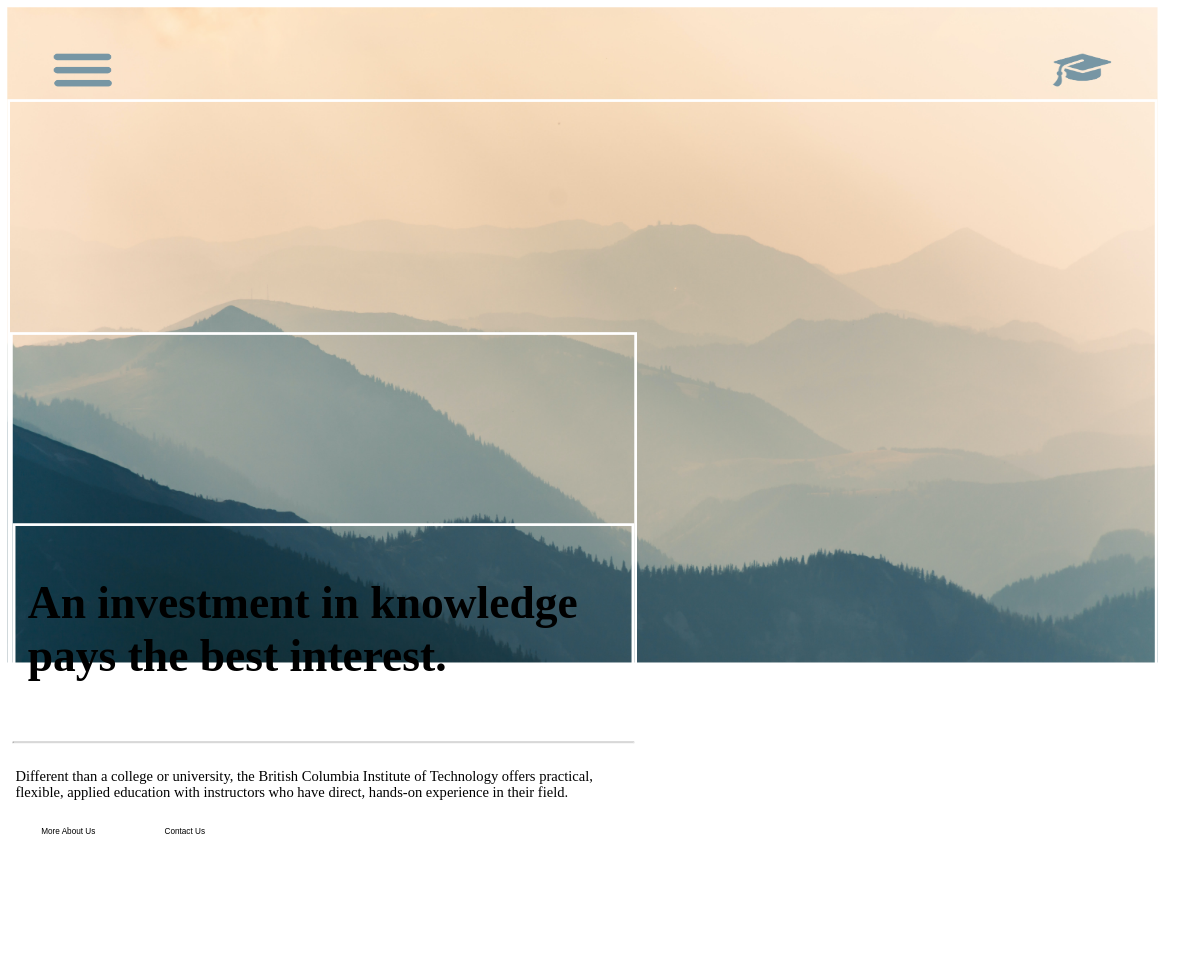
Repository: sierralaurent/MDIA2109-Assignment01
Page: /
These files come from the project's save history. The page is drawn as it stood at one moment and after the next save; the edit follows.
The browser window is 1280 px wide. The page is 1309 px wide, so the pictures cover 1309 px, including what lies to the right of the window. The pictures show the whole page, at 91% of full size.
The project was rebuilt for these pictures with package versions that can differ from the ones it lists, and the page was loaded fresh each time. The framework's server and built-in components were replaced by stand-ins that run in the browser. Also part of the build but not shown: next.config.js.

Above is the page before, as saved 2023-02-05 12:40:46.

### pages/index.js
import Head from 'next/head'
import Image from 'next/image'
import { Inter } from '@next/font/google'
import styles from '@/styles/Home.module.css'
import Link from 'next/link'


const inter = Inter({ subsets: ['latin'] })

export default function Home() {
  return (
    <>
    <nav>
      <Head>
        <title>Home</title>
        <meta name="author" content="MDIA 2109" />
        <meta property="og:title" content="Assignment #1 - Home Page" />
        <meta property="og:description" content="BCIT Digital Design and Development Diploma" />
        <link rel="icon" href="/favicon.png" />
        </Head>
        <main className={styles.main} >
          <div className={styles.nav}>
            <img src="icons/menu-icon.png" className={styles.icon1}/>
            <img src="icons/graduation-hat.png" className={styles.icon2}/>
          </div>
          <div className={styles.middle}>
            <div className={styles.middleintro}>
            <div className={styles.intro}>
            <h1>An investment in knowledge pays the best interest.</h1>
            </div>
            <hr></hr>
            <div className={styles.intro2}>
            <p>Different than a college or university, the British Columbia Institute of Technology offers practical, flexible, applied education with instructors who have direct, hands-on experience in their field.</p>
            </div>
            </div>

            <div className={styles.buttons}>
            <Link href="/about">
          <button className={styles.butt}>More About Us</button>
        </Link>
        <Link href="/contact">
        <button className={styles.butt}>Contact Us</button>
        </Link>
            </div>
            </div>
          <div className={styles.bottom}>
            <a href="/about">
              <span className={styles.icon3}>
                <img src="icons/downwardArrow.png"/>
              </span>
            </a>
          </div>
        </main>
    </nav>
    </>
  )
}

### styles/Home.module.css
.main {
  background-image: url('../public/background-images/backgroundMountain.jpg');
  background-size: cover;
  height: 100vh;
}

.nav {
  padding: 4%;
}

.buttons {

  bottom: 6rem;
  left: 1rem;
}

.butt {
  border: 3px solid white;
  border-radius: 8%;
  background-color: transparent;
  width: 10vw;
  height: 2.5vh;
  max-width: 15vw;
  max-height: 5vh;
  font-size: 1.25vh;

}

.butt:hover {
  background-color: white;
  color: black;
}

.intro {
  display: flex;
  border: 3px solid white;

}

.intro2 {
  display: flex;
  justify-content: left;
  flex-direction: row;
  border: 3px solid white;

}

.intro h1 {
  font-size: 50px;
  padding: 2%;
  flex-direction: row;
}
.intro p {
  font-size: 22px;
  padding: 2%;
  flex-direction: row;
}

.middleintro {
  border: 3px solid white;
  padding-top: 30%;
}

.middle {
  border: 3px solid white;
  display: flex;
  flex-direction: column;
  justify-content: left;
  align-items: left;
  padding-top: 20%;
  padding-right: 45%;
}

.icon1 {
  width: 5vw;
  height: 5vh;
  float: left;
}

.icon2 {
  width: 5vw;
  height: 5vh;
  float: right;
}

.icon3 {
  width: 5vw;
  height: 5vh;
  float: right;
}

.bottom {

  bottom: 10rem;
  right: 5rem;
}

/* Desktop */
@media only screen and (min-width: 1000px) {

}


/* Tablet or iPad Air */
@media only screen and (min-width: 600px) and (max-width: 999px ) {

}

/* Mobile or iPhone XR */
@media only screen and (max-width: 599px ) {

}

Loaded but not shown: pages/_document.js (common file)

After the next save:
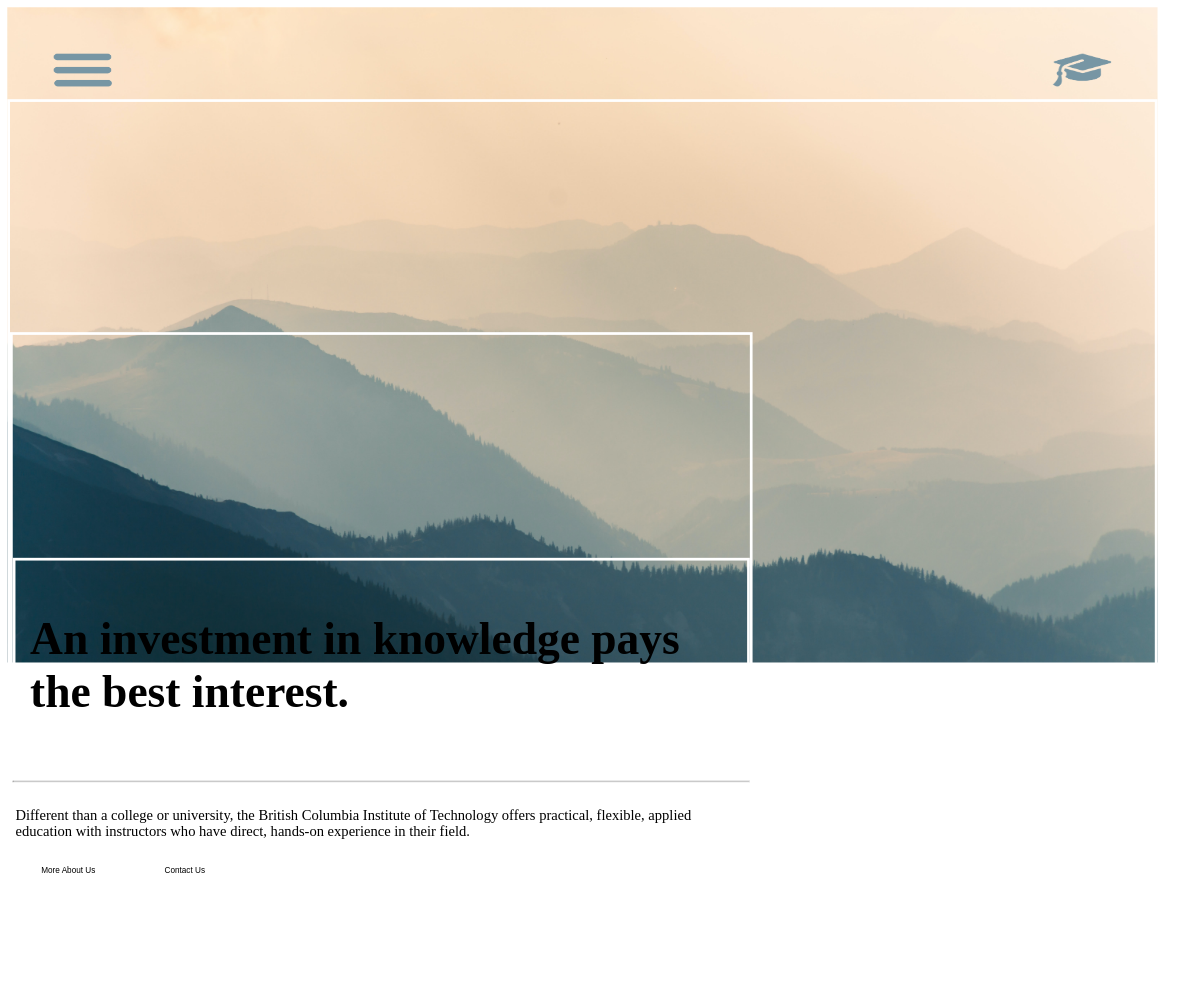
Saved 4 s later.
--- a/styles/Home.module.css
+++ b/styles/Home.module.css
@@ -68,7 +68,7 @@
   justify-content: left;
   align-items: left;
   padding-top: 20%;
-  padding-right: 45%;
+  padding-right: 35%;
 }
 
 .icon1 {
